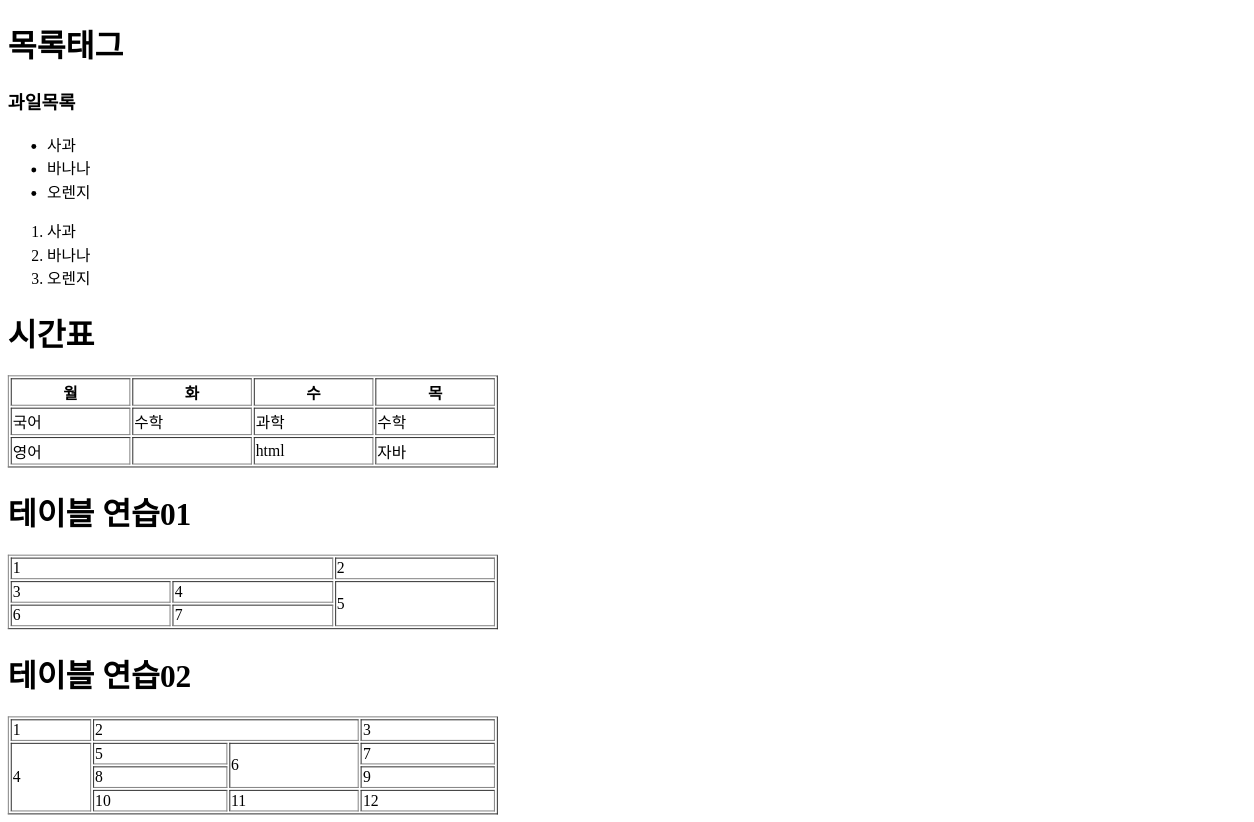
Repository: blinggg/html_git
Page: 0406/ex0406/WebContent/ex04.html
The author's editor kept a copy of each file at every save. The page is drawn from the files as they stood at one save, then again after the next save.
The browser window is 1280 px wide. The pictures show the whole page, at 98% of full size.

Above is the page before, as saved 2020-04-06 05:18:17.

After the next save:
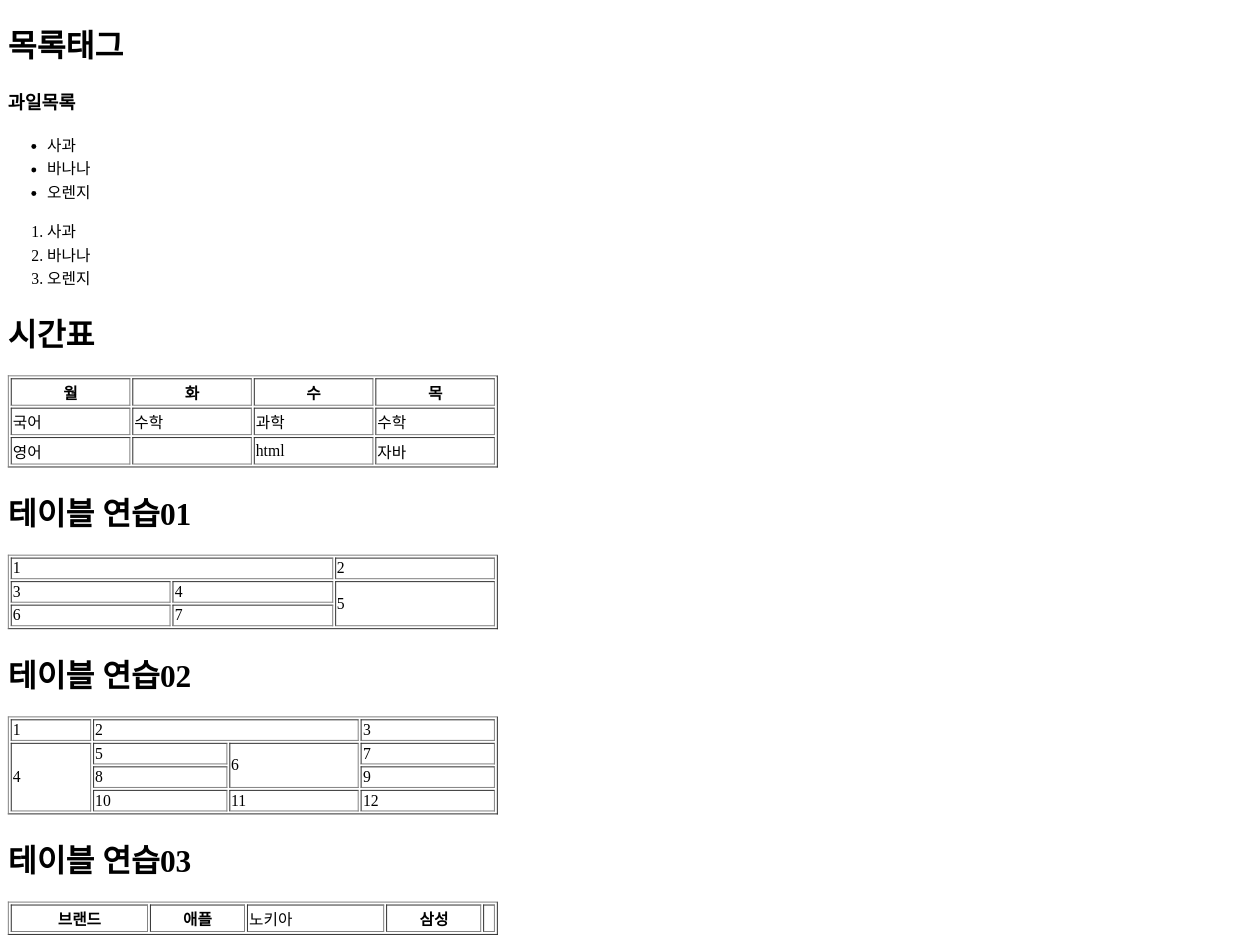
Saved 4 min 6 s later.
--- a/0406/ex0406/WebContent/ex04.html
+++ b/0406/ex0406/WebContent/ex04.html
@@ -89,5 +89,28 @@
 			<td>12</td>
 
 		</table>
+
+		<h1>테이블 연습03</h1>
+		<table border=1 width=500>
+		<tr>
+		<th colspan=6>브랜드</th>
+		<th rowspan=6>애플</th>
+		<td>노키아</td>
+		<th rowspan=10>삼성<th>
+
+
+
+
+
+
+
+
+
+
+
+
+
+
+		</table>
 </body>
 </html>
